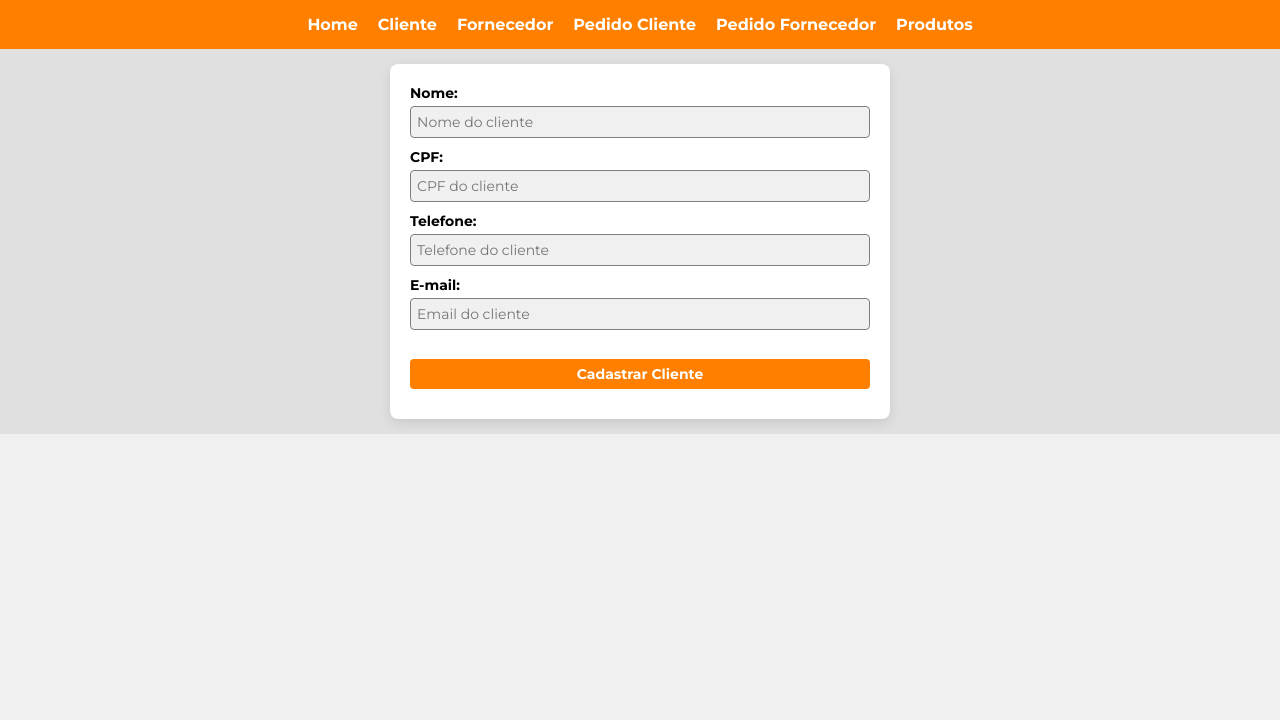
Repository: walterdmp/JavaWeb_BartoBotinas
Page: http://localhost/BartoBotinas/cadastrarCliente.jsp
An editor plug-in stored every save of this project. The page is shown before and after a run of saves, followed by the edit.
The browser window is 1280 px wide. The pictures show the whole page.
The page is served by Tomcat 9. Other server files are loaded and not shown.

Above is the page before, as saved 2024-07-31 00:24:21.

### BartoBotinas/WebContent/cadastrarCliente.jsp
<%@ page language="java" contentType="text/html; charset=UTF-8"
	pageEncoding="UTF-8"%>
<!DOCTYPE html>
<html>
<head>
<link rel="stylesheet" href="css/estilo.css">
<meta charset="UTF-8">
<title>Bartô Botinas - Clientes</title>
</head>
<body>
	<nav class="bartoNav">
		<ul>
			<li><a href="home.jsp">Home</a></li>
			<li><a href="cadastrarCliente.jsp">Cliente</a></li>
			<li><a href="cadastrarFornecedor.jsp">Fornecedor</a></li>
			<li><a href="cadastrarPedidoCliente.jsp">Pedido Cliente</a></li>
			<li><a href="cadastrarPedidoFornecedor.jsp">Pedido
					Fornecedor</a></li>
			<li><a href="cadastrarProdutos.jsp">Produtos</a></li>
		</ul>
	</nav>
	<main class="bartoMain">
		<form action="cadastrarCliente" method="post" class="bartoForm">
			<div>
				<label for="nome"><strong>Nome:</strong></label> <input type="text"
					id="nome" name="nome" placeholder="Nome do cliente" required>
			</div>
			<div>
				<label for="cpf"><strong>CPF:</strong></label> <input type="text"
					id="cpf" name="cpf" placeholder="CPF do cliente" required>
			</div>
			<div>
				<label for="telefone"><strong>Telefone:</strong></label> <input
					type="text" id="telefone" name="telefone"
					placeholder="Telefone do cliente" required>
			</div>
			<div>
				<label for="email"><strong>E-mail:</strong></label> <input
					type="email" id="email" name="email" placeholder="Email do cliente"
					required>
			</div>
			<br>
			<div>
				<input id="bartoButton" type="submit" name="salvar"
					value="Cadastrar Cliente">
			</div>
		</form>
	</main>
</body>
</html>

### BartoBotinas/WebContent/css/estilo.css
@charset "ISO-8859-1";

@import
	url('https://fonts.googleapis.com/css2?family=Montserrat:ital,wght@0,100;0,200;0,300;0,400;0,500;0,600;0,700;0,800;0,900;1,100;1,200;1,300;1,400;1,500;1,600;1,700;1,800&display=swap')
	;

* {
	margin: 0;
	padding: 0;
	box-sizing: border-box;
	text-decoration: none;
	list-style: none;
	font-family: 'Montserrat', sans-serif;
}

body {
	background-color: #f0f0f0;
}

/* Estilos de Navegação */
.bartoNav {
	width: 100%;
	background-color: #ff8000;
}

.bartoNav ul {
	display: flex;
	flex-direction: row;
	gap: 20px; /* Diminuiu o espaço entre itens */
	justify-content: center;
	padding: 15px; /* Diminuiu o padding */
	color: white;
	font-weight: bold;
}

.bartoNav a {
	color: white;
	transition: color 0.3s ease;
}

.bartoNav a:hover {
	color: #ffe0b3;
}

/* Estilos Principais */
.bartoMain {
	display: flex;
	justify-content: center;
	align-items: center;
	background-color: #e0e0e0;
	width: 100%;
	height: auto; /* Ajuste para a altura do conteúdo */
	padding: 15px; /* Diminuiu o padding */
}

.empresaInfo, .bartoForm, .itensPedidoForm, .fornecedorForm,
	.produtoForm {
	display: flex;
	flex-direction: column;
	padding: 20px; /* Diminuiu o padding */
	width: 100%;
	max-width: 500px; /* Ajustado para tamanho menor */
	background-color: white;
	border-radius: 8px; /* Diminuiu o border-radius */
	box-shadow: 0 4px 12px rgba(0, 0, 0, 0.1); /* Diminuiu o box-shadow */
}

.bartoForm input, .itensPedidoForm input, .fornecedorForm input,
	.produtoForm input, .empresaInfo input {
	border-radius: 4px; /* Diminuiu o border-radius */
	border: 1px solid gray;
	width: 100%;
	padding: 6px; /* Diminuiu o padding */
	background-color: #f0f0f0;
	font-size: 14px; /* Diminuiu o tamanho da fonte */
	transition: background-color 0.3s ease, border-color 0.3s ease;
}

.bartoForm input:focus, .itensPedidoForm input:focus, .fornecedorForm input:focus,
	.produtoForm input:focus {
	background-color: #fff;
	border-color: #ff8000;
	outline: none;
}

.bartoForm div, .itensPedidoForm div, .fornecedorForm div, .produtoForm div
	{
	display: flex;
	flex-direction: column;
	width: 100%;
	margin-bottom: 10px; /* Diminuiu o margin-bottom */
}

.bartoForm label, .itensPedidoForm label, .fornecedorForm label,
	.produtoForm label {
	margin-bottom: 4px; /* Diminuiu o margin-bottom */
	font-weight: 600;
	font-size: 14px; /* Diminuiu o tamanho da fonte */
}

#bartoButton {
	background-color: #ff8000;
	border: none;
	color: white;
	font-weight: bold;
	padding: 6px 12px; /* Diminuiu o padding */
	border-radius: 4px; /* Diminuiu o border-radius */
	cursor: pointer;
	transition: background-color 0.3s ease;
	font-size: 14px; /* Diminuiu o tamanho da fonte */
}

#bartoButton:hover {
	background-color: #cc6600;
}

/* Estilos para a Página da Empresa */
.empresaInfo h1, .itensPedidoForm h1, .fornecedorForm h1, .produtoForm h1
	{
	margin-bottom: 10px; /* Diminuiu o margin-bottom */
	font-size: 20px; /* Diminuiu o tamanho da fonte */
	color: #333;
}

.empresaInfo p {
	margin-bottom: 6px; /* Diminuiu o margin-bottom */
	font-size: 14px; /* Diminuiu o tamanho da fonte */
	color: #666;
}

.empresaInfo p strong {
	color: #333;
}

/* Estilos de Mídia Responsiva */
@media ( max-width : 600px) {
	.bartoNav ul {
		flex-direction: column;
		gap: 8px; /* Diminuiu o espaço entre itens */
	}
	.bartoForm, .empresaInfo, .itensPedidoForm, .fornecedorForm,
		.produtoForm {
		padding: 15px; /* Diminuiu o padding */
		width: 100%;
	}
	.bartoForm input, .itensPedidoForm input, .fornecedorForm input,
		.produtoForm input {
		width: 100%;
	}
}

After the next 2 saves:
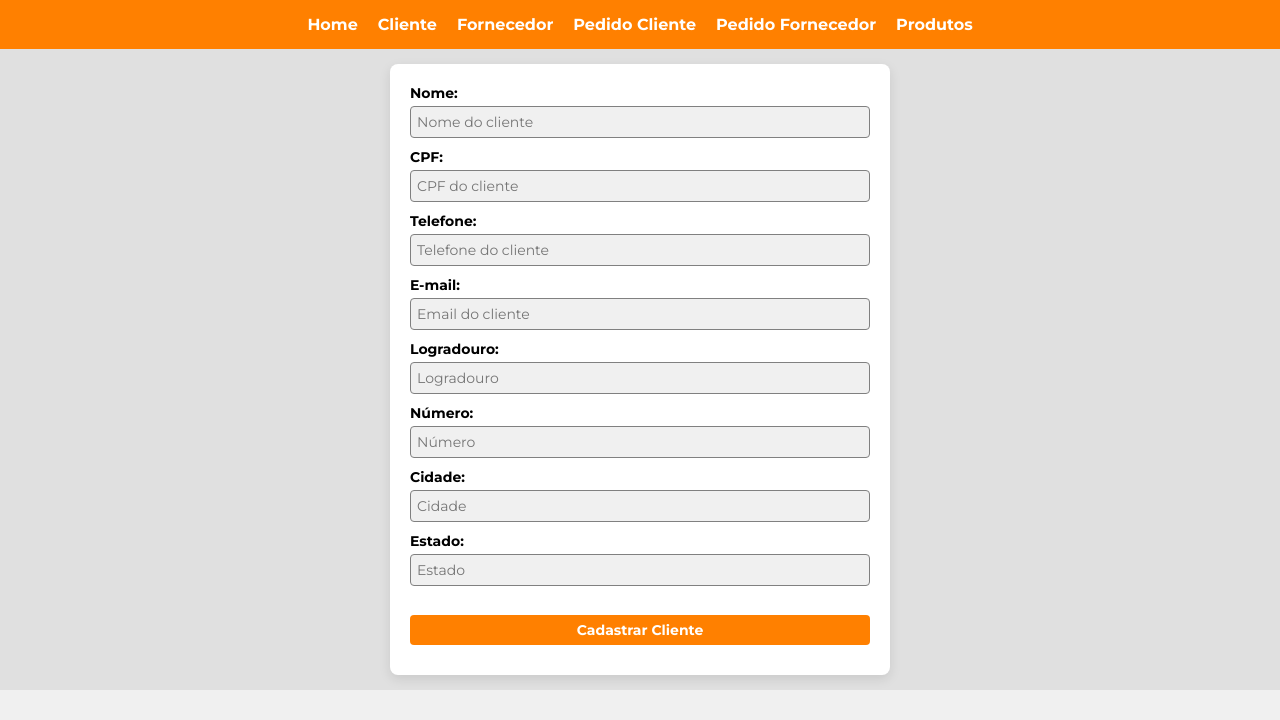
The 2 saves are shown as one change because they came seconds apart.
The last was saved 18 h 15 min later.
--- a/BartoBotinas/WebContent/cadastrarCliente.jsp
+++ b/BartoBotinas/WebContent/cadastrarCliente.jsp
@@ -39,6 +39,23 @@
 					type="email" id="email" name="email" placeholder="Email do cliente"
 					required>
 			</div>
+			<div>
+				<label for="logradouro"><strong>Logradouro:</strong></label> <input
+					type="text" id="logradouro" name="logradouro"
+					placeholder="Logradouro" required>
+			</div>
+			<div>
+				<label for="numero"><strong>Número:</strong></label> <input
+					type="text" id="numero" name="numero" placeholder="Número" required>
+			</div>
+			<div>
+				<label for="cidade"><strong>Cidade:</strong></label> <input
+					type="text" id="cidade" name="cidade" placeholder="Cidade" required>
+			</div>
+			<div>
+				<label for="estado"><strong>Estado:</strong></label> <input
+					type="text" id="estado" name="estado" placeholder="Estado" required>
+			</div>
 			<br>
 			<div>
 				<input id="bartoButton" type="submit" name="salvar"
